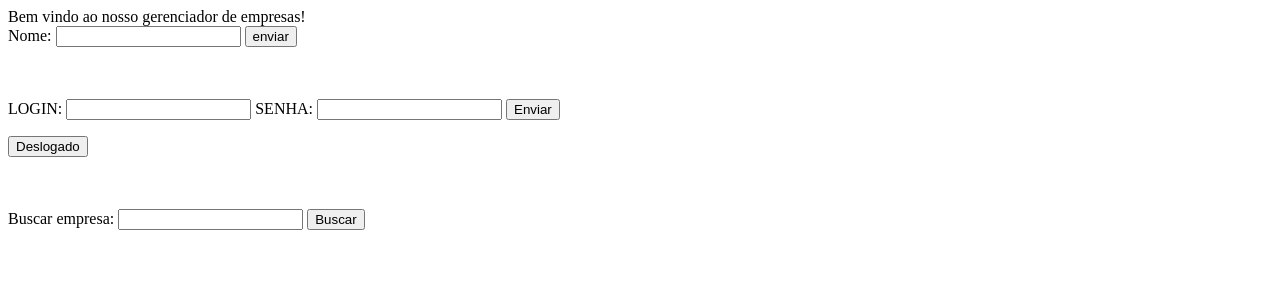
Repository: silllvio/alura
Page: http://localhost/gerenciador/
An editor plug-in stored every save of this project. The page is shown before and after the next save, followed by the edit.
The browser window is 1280 px wide. The pictures show the whole page.
The page is served by Tomcat 9. Other server files are loaded and not shown.

Above is the page before, as saved 2016-11-27 23:30:48.

### workspace/gerenciador/WebContent/index.jsp
<html>
<body>
	Bem vindo ao nosso gerenciador de empresas!
	<br />

	<form action="novaEmpresa" method="POST">
		Nome: <input type="text" name="nome"> <input type="submit"
			value="enviar">

	</form>

<br>
<br>
<form action="login" method="POST">
	LOGIN: <input type = "email" name= "email"/>
	SENHA: <input type = "password" name = "senha" />
		   <input type = "submit" value = "Enviar" />

</form>

<form action="logout" method="POST">
<input type="submit" value = "Deslogado" />
</form>

<br>
<br>

<form action="busca" method="POST">
 Buscar empresa: 	<input type = "text" name ="empresaBuscada">
					<input type="submit" value = "Buscar">
</form>

</body>
</html>

### workspace/gerenciador/src/main/java/br/com/alura/gerenciador/web/Cookies.java
package br.com.alura.gerenciador.web;

import javax.servlet.http.Cookie;

public class Cookies {
	private final Cookie[] cookies;

	public Cookies(Cookie[] cookies){
		this.cookies = cookies;

	}

	public Cookie buscaUsuarioLogado() {
		if (cookies == null)  return null;
		for (Cookie cookie : cookies){
			if (cookie.getName().equals("usuario.logado")){
				return cookie;
			}
		}
			return null;
	}


}

After the next save:
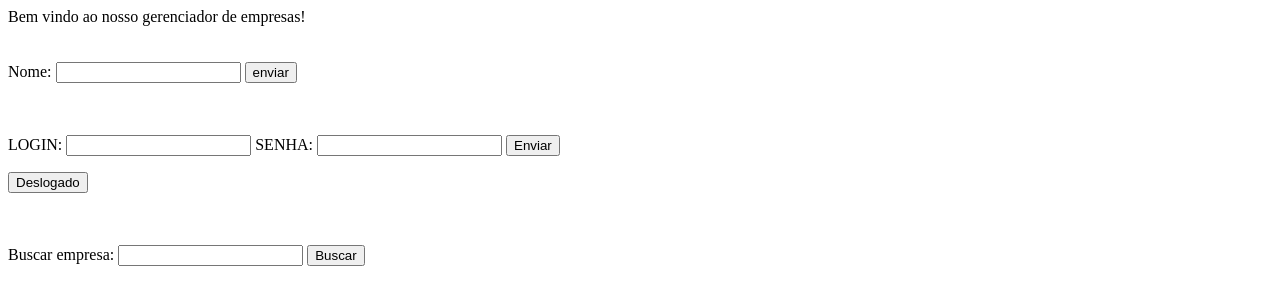
Saved 6 min 29 s later.
--- a/workspace/gerenciador/WebContent/index.jsp
+++ b/workspace/gerenciador/WebContent/index.jsp
@@ -1,7 +1,13 @@
+
+<%@ taglib prefix="c" uri="http://java.sun.com/jsp/jstl/core"%>
 <html>
 <body>
 	Bem vindo ao nosso gerenciador de empresas!
 	<br />
+
+<br>
+
+<br>
 
 	<form action="novaEmpresa" method="POST">
 		Nome: <input type="text" name="nome"> <input type="submit"
